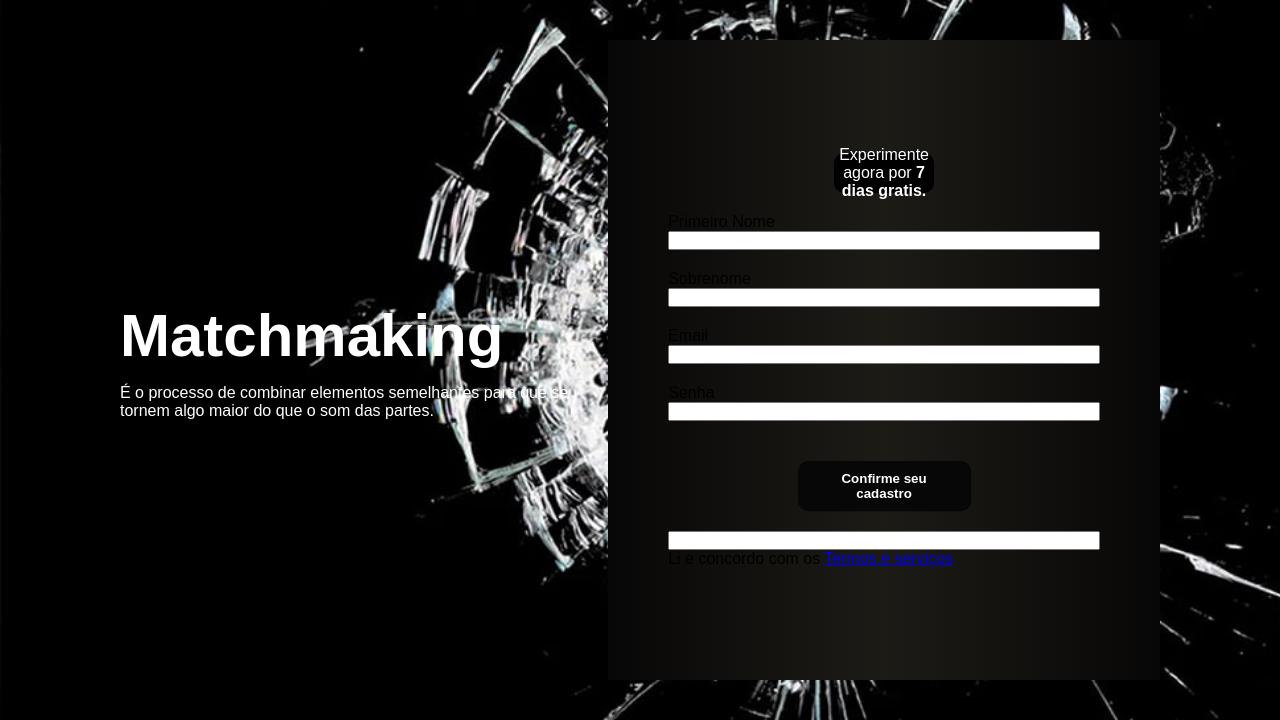
Repository: analessp/tela-login
Page: index.html
The author's editor kept a copy of each file at every save. The page is drawn from the files as they stood at one save, then again after a run of saves.
The browser window is 1280 px wide. The pictures show the whole page.
Some web fonts or font styles are not loaded; a fallback is used.

Above is the page before, as saved 2025-04-16 11:29:35.

After the next 2 saves:
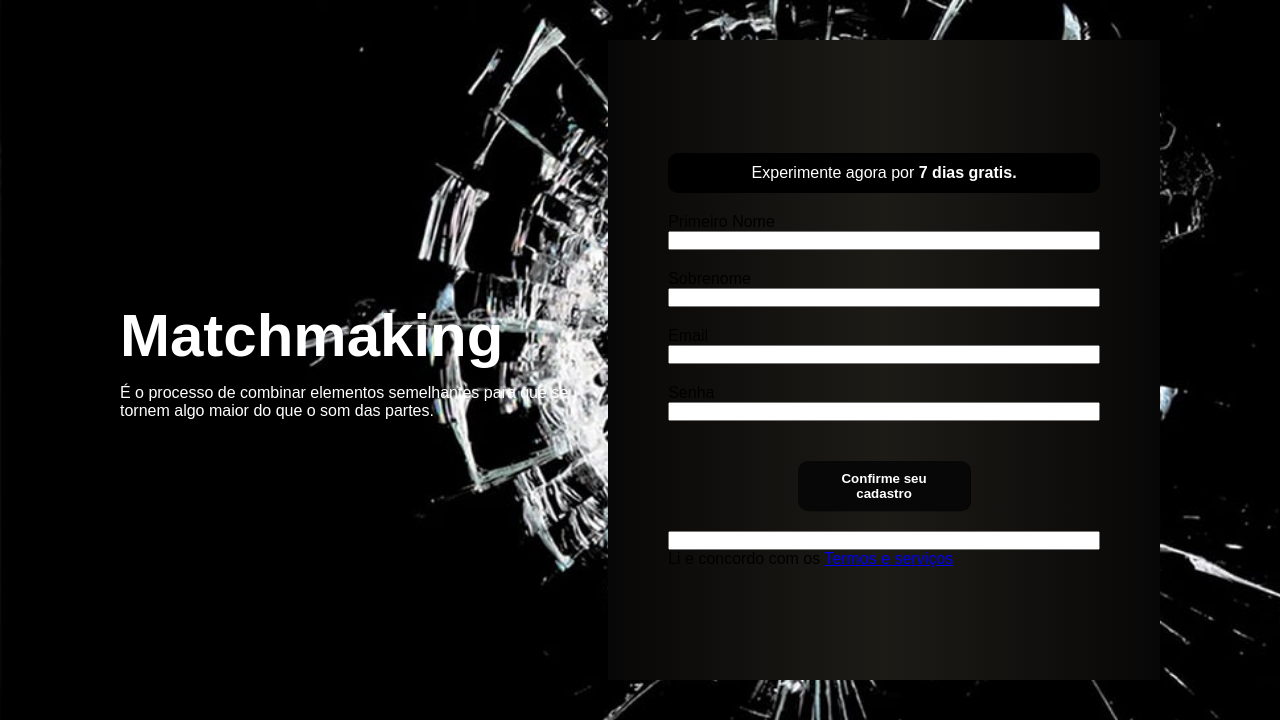
The 2 saves are shown as one change because they came seconds apart.
The last was saved 16 s later.
--- a/style.css
+++ b/style.css
@@ -71,7 +71,7 @@ main {
     justify-content: center;
     align-items: center;
     text-align: center;
-    width: 100px;
+    width: 100%;
     height: 40px;
     background-color: black;
     text-decoration: none;
